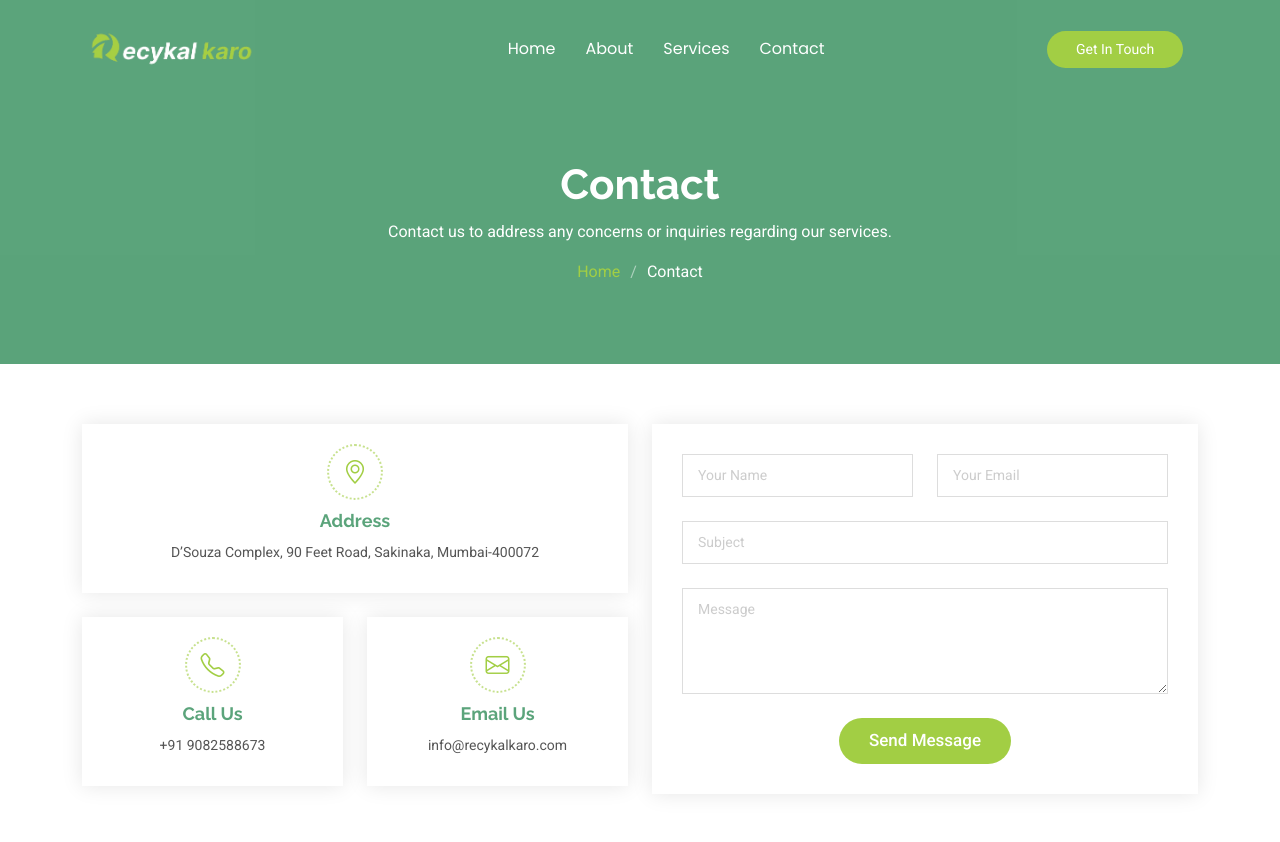
Repository: msmsa2001/recyclekaro
Page: contact.html
These files come from the project's save history. The page is drawn as it stood at one moment and after the next save; the edit follows.
The browser window is 1280 px wide. The pictures show the part of the page from y = 0 to 842 px (the page is 1731 px tall before and 1739 px after).
Pictures or frames that could not be fetched are drawn as grey boxes.

Above is the page before, as saved 2024-09-30 14:39:51.
Console error: TypeError: Cannot read properties of null (reading 'style')

After the next save:
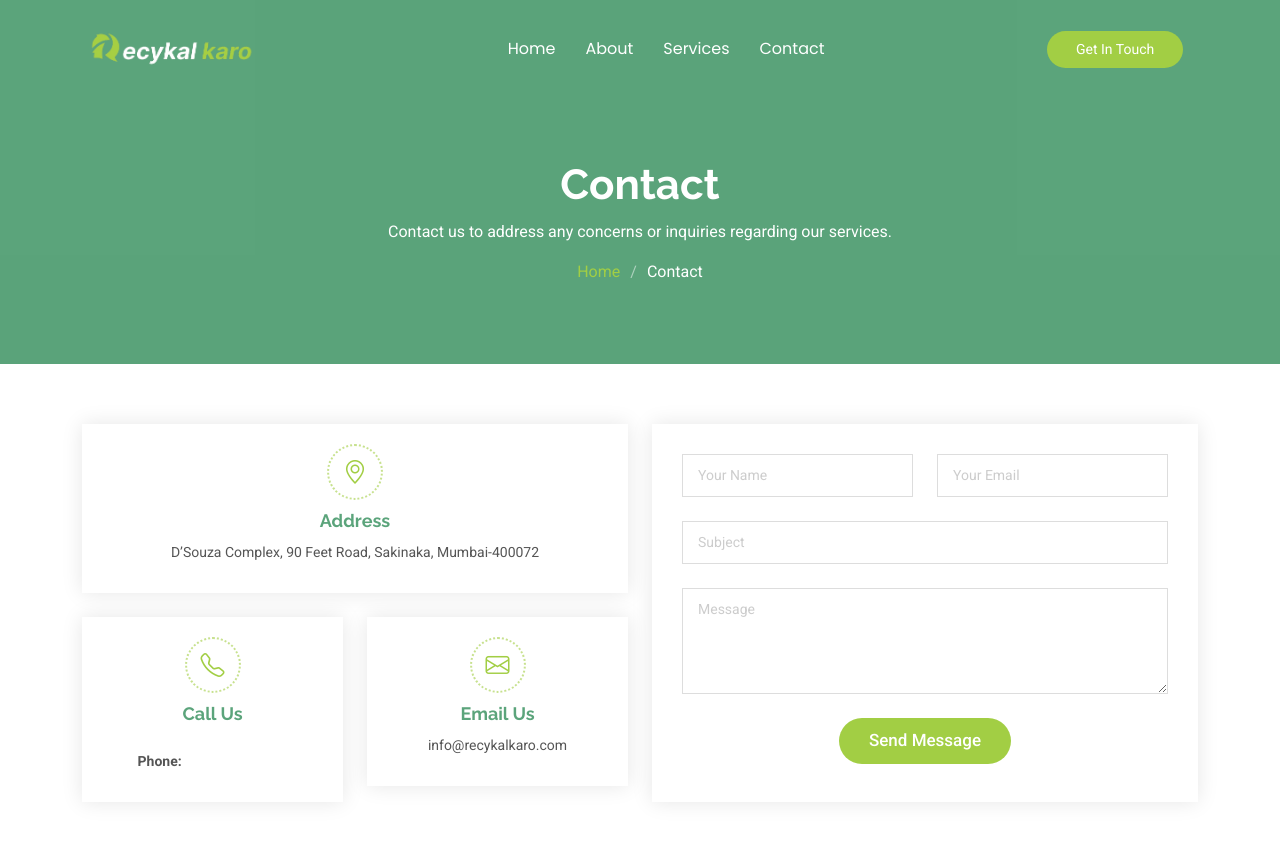
Saved 28 min 49 s later.
--- a/contact.html
+++ b/contact.html
@@ -123,7 +123,8 @@
                 <div class="info-item d-flex flex-column justify-content-center align-items-center" data-aos="fade-up" data-aos-delay="300">
                   <i class="bi bi-telephone"></i>
                   <h3>Call Us</h3>
-                  <p>+91 9082588673</p>
+                  <p class="mt-3"><strong>Phone:</strong><a href="tel:9082588673"><span style="color: white;" >+91 9082588673</span></a></p>
+
                 </div>
               </div><!-- End Info Item -->
 
